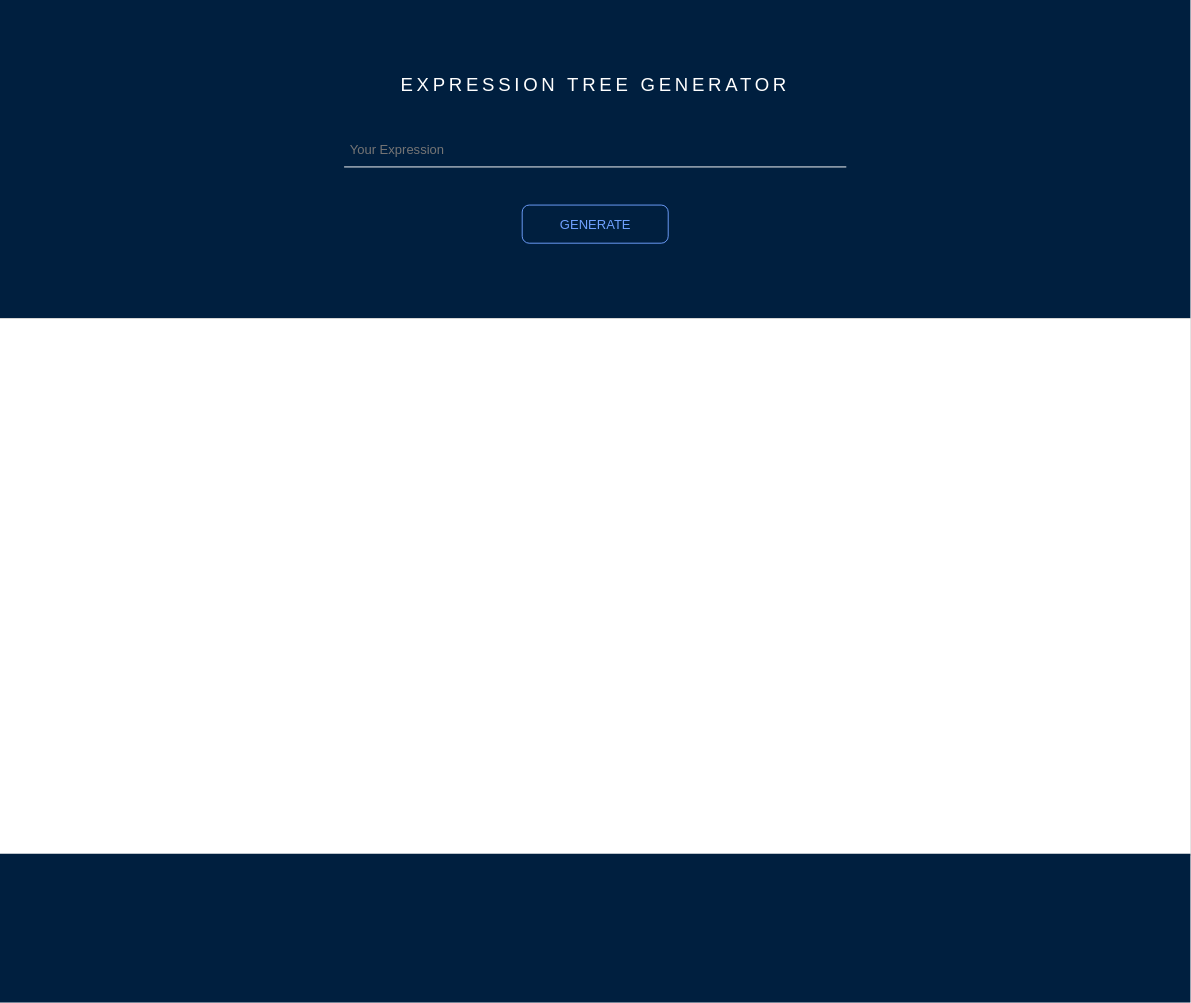
Repository: lnogueir/expression-tree-gen
Page: index.html
These files come from the project's save history. The page is drawn as it stood at one moment and after a run of saves; the edit follows.
The browser window is 1280 px wide. The page is 1281 px wide, so the pictures cover 1281 px, including what lies to the right of the window. The pictures show the whole page, at 93% of full size.

Above is the page before, as saved 2020-03-15 19:21:25.

### index.html
<!DOCTYPE html>
<html lang="en">

<head>
    <meta charset="UTF-8">
    <meta name="viewport" content="width=device-width, initial-scale=1.0">
    <title>Canvas</title>
    <link rel="stylesheet" href="app.css">
</head>

<body>

    <div class="contact-section">
        <div class="inner-width">
          <h1>Expression Tree Generator</h1>
          <input type="text" class="name" id = 'expression-input' placeholder="Your Expression">
          <button id="generate-tree">Generate</button>
        </div>
      </div>

    <div id="canvas-container">
        <canvas></canvas>
    </div>

    <div class="ending-section">

    </div>

</body>
<script src="https://ajax.googleapis.com/ajax/libs/jquery/3.4.1/jquery.min.js"></script>
<script src="https://cdnjs.cloudflare.com/ajax/libs/mathjs/6.6.1/math.min.js"></script>
<script src="tree.js"></script>
<script src="infixToPostfix.js"></script>
<script src="canvas.js"></script>

</html>

### app.css
*{
    margin: 0;
    padding: 0;
    box-sizing: border-box;
    font-family: "montserrat",sans-serif;
  }
  .contact-section{
    background: #001f3f;
    padding: 80px 0;
    text-align: center;
  }

  .inner-width{
    max-width: 600px;
    margin: auto;
    padding: 0 20px;
  }

  .contact-section h1{
    font-size: 20px;
    color: #FFF;
    margin-bottom: 40px;
    text-transform: uppercase;
    letter-spacing: 4px;
    font-weight: 400;
  }

  .name,.email,.message{
    background: none;
    border:none;
    outline: none;
    border-bottom: 1px solid;
    color: #FFF;
    padding: 10px 6px;
    font-size: 14px;
    margin-bottom: 40px;
  }

  .name{
    float: center;
    width: 540px;
  }

  .contact-section button{
      outline: none;
    background: none;
    color: #70a1ff;
    border: 1px solid #70a1ff;
    padding: 12px 40px;
    border-radius: 8px;
    text-transform: uppercase;
    font-size: 14px;
    transition: 0.4s linear;
    cursor: pointer;
  }

  .contact-section button:hover{
    background: #70a1ff;
    color: #fff;
  }

  .ending-section{
      z-index: 10;
      bottom: 0;
      position: relative;
    background: #001f3f;
    padding: 80px 0;
    text-align: center;
  }


  @media screen and (max-width:600px){
    .name,.email{
      width: 100%;
    }
  }

#canvas-container{
    outline: none;
    border: none;
    display: flex;
    flex-direction: column;
    align-items: center;
    margin: auto;
    height: 80vh;
    width: 100vw;
    background: #FFF;
}

canvas{
    border: 1px solid lightgray;
}

### tree.js
function Node(value) {
    const radius = 32.5
    this.value = value;
    this.x = null;
    this.y = null;
    this.right = null;
    this.left = null;

    this.isLeaf = () => this.right == null && this.left == null;

    this.drawEdge = function (context, x, y, left_way) {
        context.strokeStyle = 'gray';
        context.beginPath()
        const x_y_ratio = Math.abs(this.y - y) / Math.abs(this.x - x)
        const w = radius * Math.sqrt(1 / (1 + Math.pow(x_y_ratio, 2)))
        const d = x_y_ratio * w
        if (left_way) {
            context.moveTo(this.x - w, this.y + d)
            context.lineTo(x + w, y - d)
        } else {
            context.moveTo(this.x + w, this.y + d)
            context.lineTo(x - w, y - d)
        }

        context.stroke()
    }

    this.draw = function (context) {
        context.beginPath()
        context.arc(this.x, this.y, radius, 0, Math.PI * 2, false)
        context.fillStyle = 'rgba(255, 255, 255, 0.5)'
        context.fill()
        context.strokeStyle = 'black'
        context.stroke()
        context.font = '25px Times New Roman'
        context.textAlign = 'center'
        context.textBaseline = 'middle'
        context.fillStyle = "black";
        context.fillText(this.value, this.x, this.y);
    }
}

function constructTree(postfix) {
    const OPERATORS = ['*', '/', '-', '+']
    var stack = []
    var root = null;
    var current;
    var shift = false;
    for (var i = postfix.length - 1; i >= 0; i--) {
        if (null === root) {
            current = new Node(postfix[i]);
            root = current;
        } else {
            if (shift) {
                current.left = new Node(postfix[i])
                current = current.left
                shift = false
            } else {
                current.right = new Node(postfix[i])
                current = current.right
            }
        }
        if (OPERATORS.includes(postfix[i])) {
            stack.push(current);
        } else {
            current = stack.pop();
            shift = true
        }
    }
    return root;
}

function getSize(root) {
    var size = 0
    function countSize(root) {
        if (null != root) {
            size++;
            countSize(root.left)
            countSize(root.right)
        }
    }
    countSize(root);
    return size;
}

function print_coords(root) {
    if (null != root) {
        print_coords(root.left)
        console.log(root.value, root.x, root.y)
        print_coords(root.right)
    }
}

function setCoordinates(root) {
    var i = 0
    const OFFSET = 50
    const size = getSize(root)
    const canvas_mid_point = window.innerWidth / 2;
    function setCoordinates(subt, depth) {
        if (null != subt) {
            setCoordinates(subt.left, depth + 1)
            subt.x = canvas_mid_point + (OFFSET * (i - size / 2))
            subt.y = OFFSET + (depth * 1.5 * OFFSET)
            i++
            setCoordinates(subt.right, depth + 1)
        }
    }
    setCoordinates(root, 0)
}

function drawTree(root, context) {
    if (null != root) {
        root.draw(context)
        if (null != root.left) {
            root.drawEdge(context, root.left.x, root.left.y, true);
        }
        drawTree(root.left, context)
        if (null != root.right) {
            root.drawEdge(context, root.right.x, root.right.y, false)
        }
        drawTree(root.right, context)
    }
}

### infixToPostfix.js
function isBracketed(expr) {
  var stack = []
  for (var i = 0; i < expr.length; i++) {
    if ('(' === expr[i]) {
      stack.push('(')
    } else if (')' === expr[i]) {
      stack.pop()
      if (stack.length === 0) {
        if (i !== expr.length - 1) {
          return false
        } else {
          return true
        }
      }
    }
  }
  return false;
}

function isValidExpression(expr) {
  if (expr.length < 3) {
    return false;
  }
  for (var i = 0; i < expr.length; i++) {
    if ('abcdefghijklmnopqrstuvwxyz*()/+-'.indexOf(expr[i]) === -1) {
      return false;
    }
  }
  try {
    while ("(" === expr[0] && ")" === expr[expr.length - 1]) {
      if (isBracketed(expr)) {
        expr = expr.substring(1, expr.length - 1);
      } else break;
    }
    var res = math.parse(expr);
    if ((typeof res.implicit === 'undefined') || res.fn.indexOf('unary') !== -1) {
      return false;
    }
    return true;
  }
  catch (ex) {
    return false;
  }
}

function infixToPostfix(expression) {
  if (!isValidExpression(expression)) {
    return null;
  }
  const prec = { "*": 3, "/": 3, "-": 2, "+": 2, "(": 1 }
  op_stack = []
  postfixList = []
  tokens = expression.split('')
  for (const token of tokens) {
    if ("abcdefghijklmnopqrstuvwxyz".indexOf(token) !== -1) {
      postfixList.push(token)
    } else if ("(" === token) {
      op_stack.push(token)
    } else if (")" === token) {
      var top_op_token = op_stack.pop()
      while (top_op_token !== '(') {
        postfixList.push(top_op_token)
        top_op_token = op_stack.pop()
      }
    } else {
      var peek_elem = op_stack.slice(-1)[0];
      while (op_stack.length > 0 && (prec[peek_elem] >= prec[token])) {
        postfixList.push(op_stack.pop())
        peek_elem = op_stack.slice(-1)[0];
      }
      op_stack.push(token)
    }
  }
  while (op_stack.length > 0) {
    postfixList.push(op_stack.pop())
  }
  return postfixList
}

### canvas.js
var canvas = document.querySelector('canvas')

canvas.height = document.getElementById('canvas-container').offsetHeight;
canvas.width = document.getElementById('canvas-container').offsetWidth;

var c = canvas.getContext('2d')

$('#generate-tree').click(() => {
    var expression = $('#expression-input').val()
    if (typeof expression !== 'undefined' && null != expression) {
        expression = expression.replace(/\s+/g, '')
        expression = expression.toLowerCase()
        var postfix = infixToPostfix(expression);
        if (null !== postfix) {
            var root = constructTree(postfix)
            setCoordinates(root)
            c.clearRect(0, 0, canvas.width, canvas.height);
            drawTree(root, c)
        } else {
            alert('Enter valid expression')
        }

    } else {
        alert('Enter valid expression')
    }
})

After the next 2 saves:
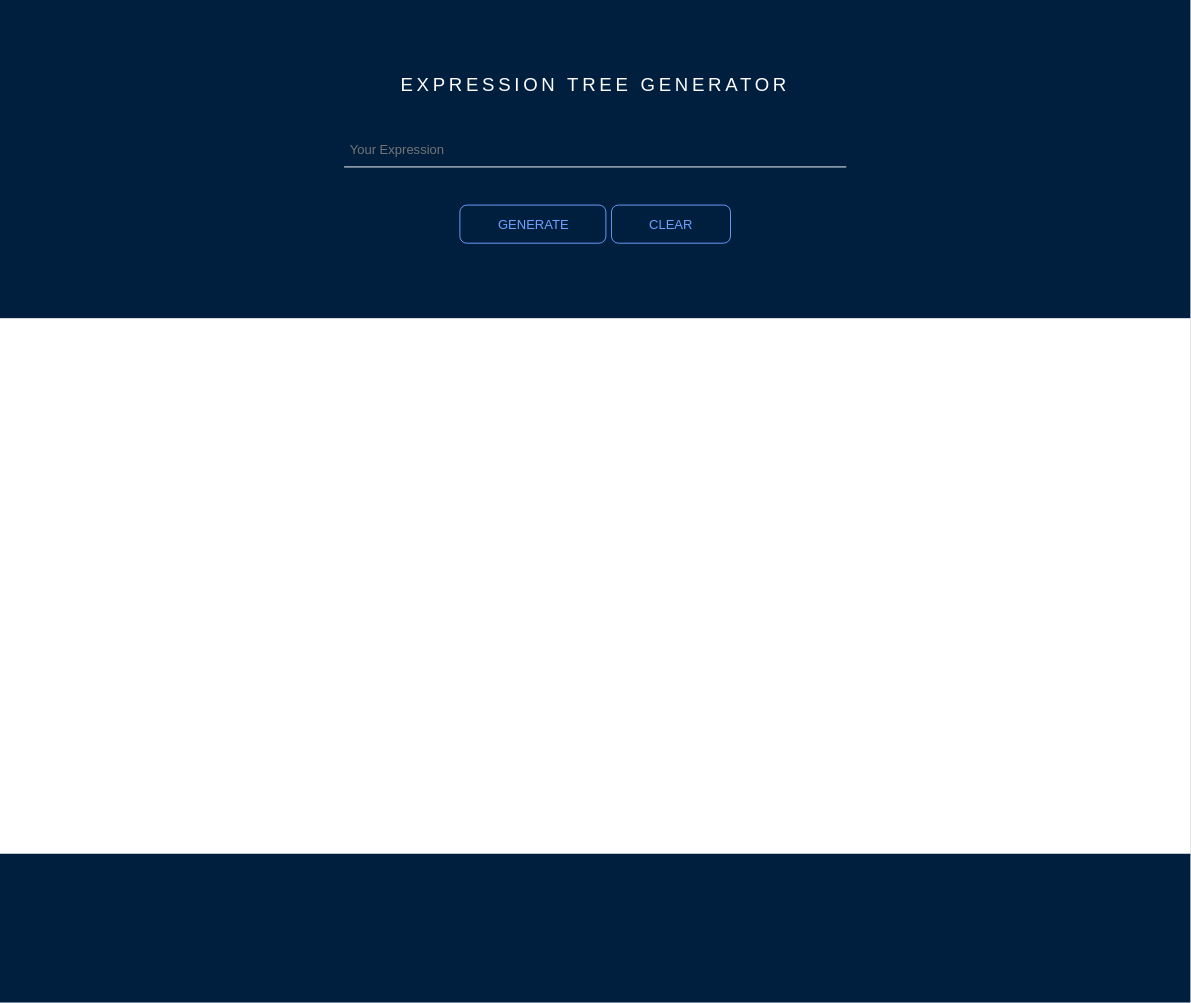
The 2 saves are shown as one change because they came seconds apart.
The last was saved 52 s later.
--- a/index.html
+++ b/index.html
@@ -15,6 +15,7 @@
           <h1>Expression Tree Generator</h1>
           <input type="text" class="name" id = 'expression-input' placeholder="Your Expression">
           <button id="generate-tree">Generate</button>
+          <a href="index.html"><button id="generate-tree">Clear</button></a>
         </div>
       </div>
 
